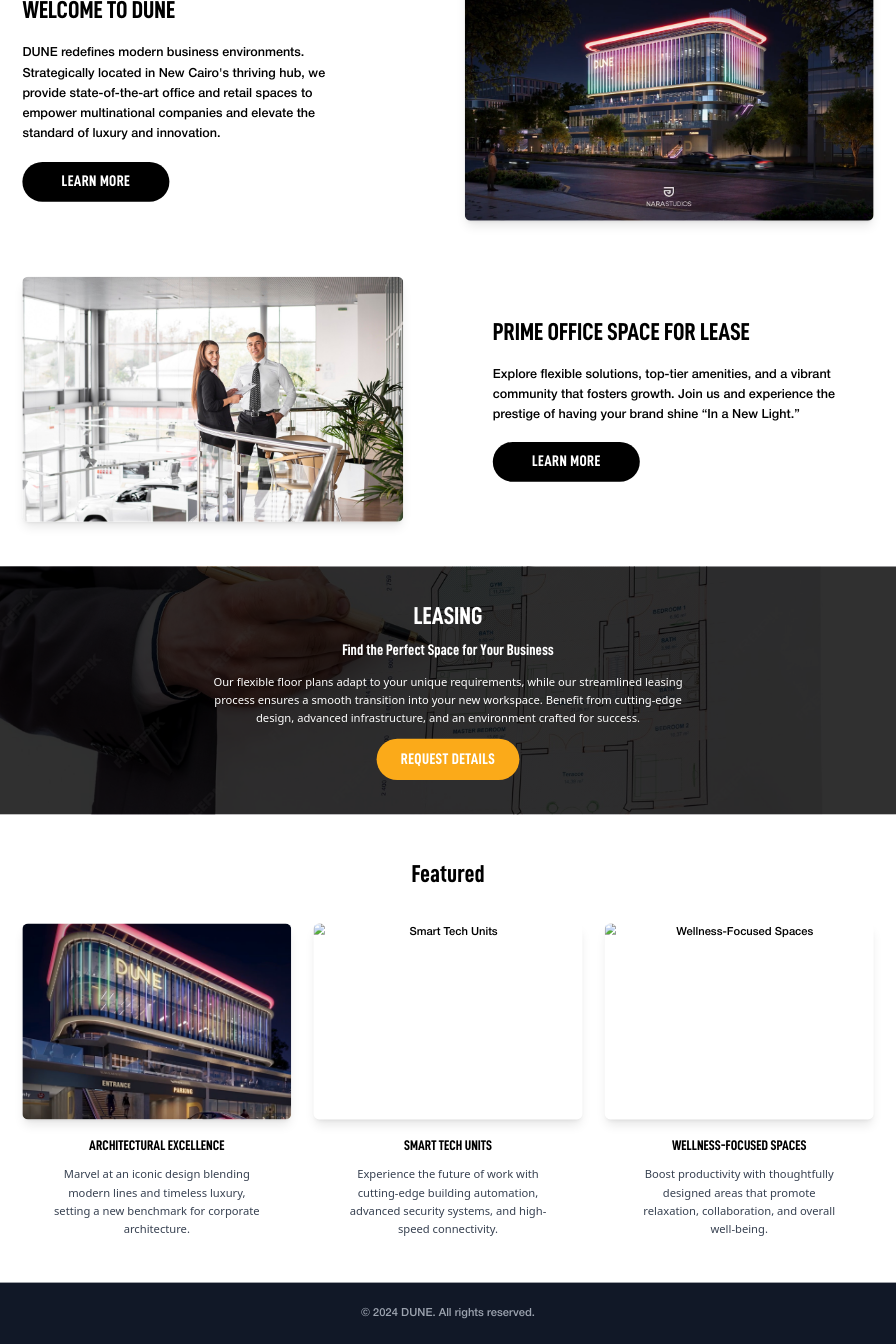
Repository: ahmedassr5765/dune
Page: index.html
These files come from the project's save history. The page is drawn as it stood at one moment and after a run of saves; the edit follows.
The browser window is 1280 px wide. The pictures show the part of the page from y = 1296 to 3216 px (the page is 3216 px tall), at 70% of full size.
Some web libraries are served in a nearby version.

Above is the page before, as saved 2025-07-12 18:55:10.
Not found: images/smart-tech-units.jpg
Not found: images/wellness-spaces.jpg

After the next 4 saves:
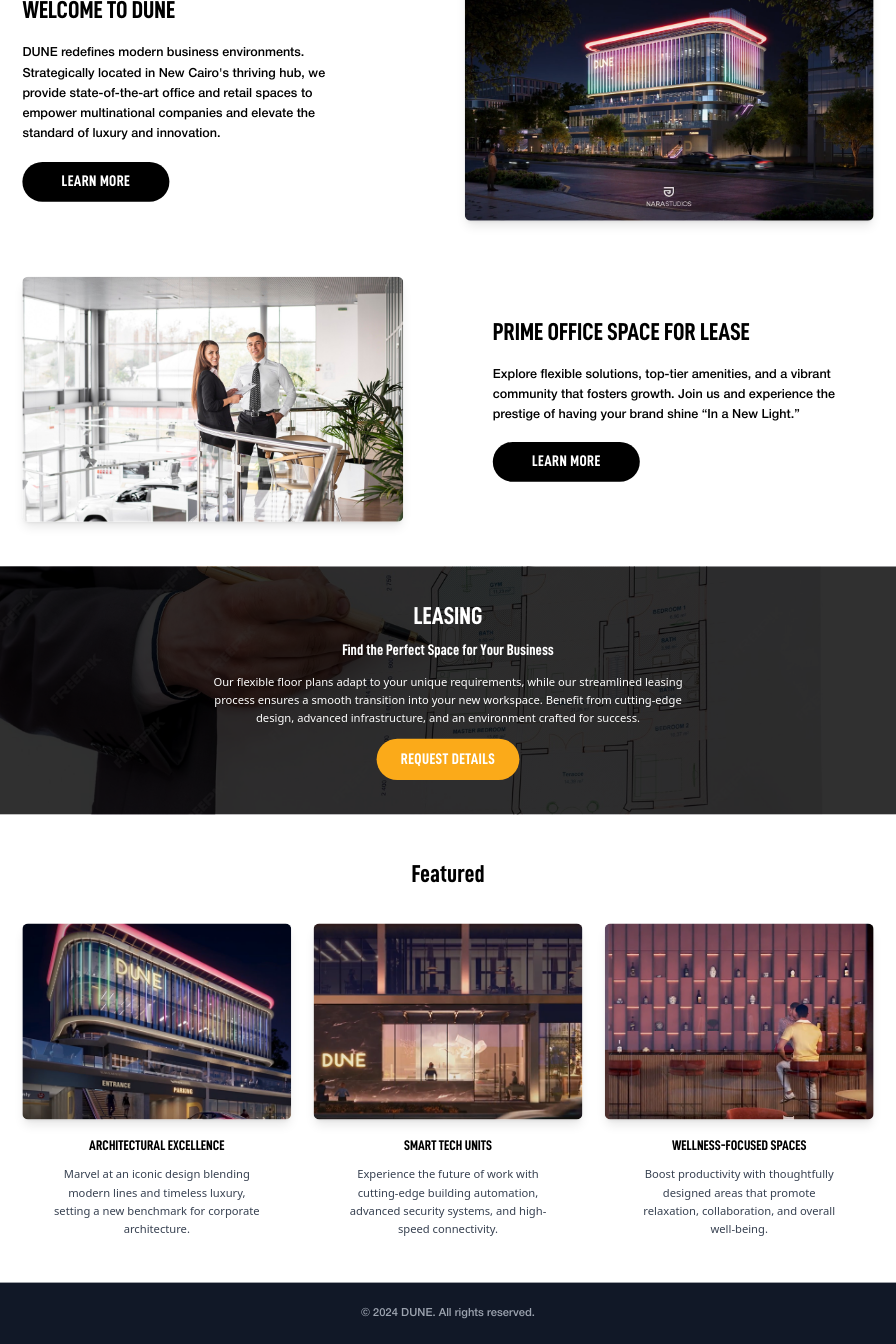
The 4 saves are shown as one change because they came seconds apart.
The last was saved 12 s later.
--- a/index.html
+++ b/index.html
@@ -327,7 +327,7 @@
                 <!-- Featured Item 2 -->
                 <div class="text-center">
                     <div class="relative overflow-hidden rounded-lg shadow-lg mb-6">
-                        <img src="/images/smart-tech-units.jpg" alt="Smart Tech Units" class="w-full h-[280px] object-cover">
+                        <img src="/images/featured-2.png" alt="Smart Tech Units" class="w-full h-[280px] object-cover">
                     </div>
                     <h3 class="text-black font-bold font-ddin text-[20px] mb-4 leading-tight featured-title-2"
                         data-en="SMART TECH UNITS"
@@ -344,7 +344,7 @@
                 <!-- Featured Item 3 -->
                 <div class="text-center">
                     <div class="relative overflow-hidden rounded-lg shadow-lg mb-6">
-                        <img src="/images/wellness-spaces.jpg" alt="Wellness-Focused Spaces" class="w-full h-[280px] object-cover">
+                        <img src="/images/featured-3.png" alt="Wellness-Focused Spaces" class="w-full h-[280px] object-cover">
                     </div>
                     <h3 class="text-black font-bold font-ddin text-[20px] mb-4 leading-tight featured-title-3"
                         data-en="WELLNESS-FOCUSED SPACES"
